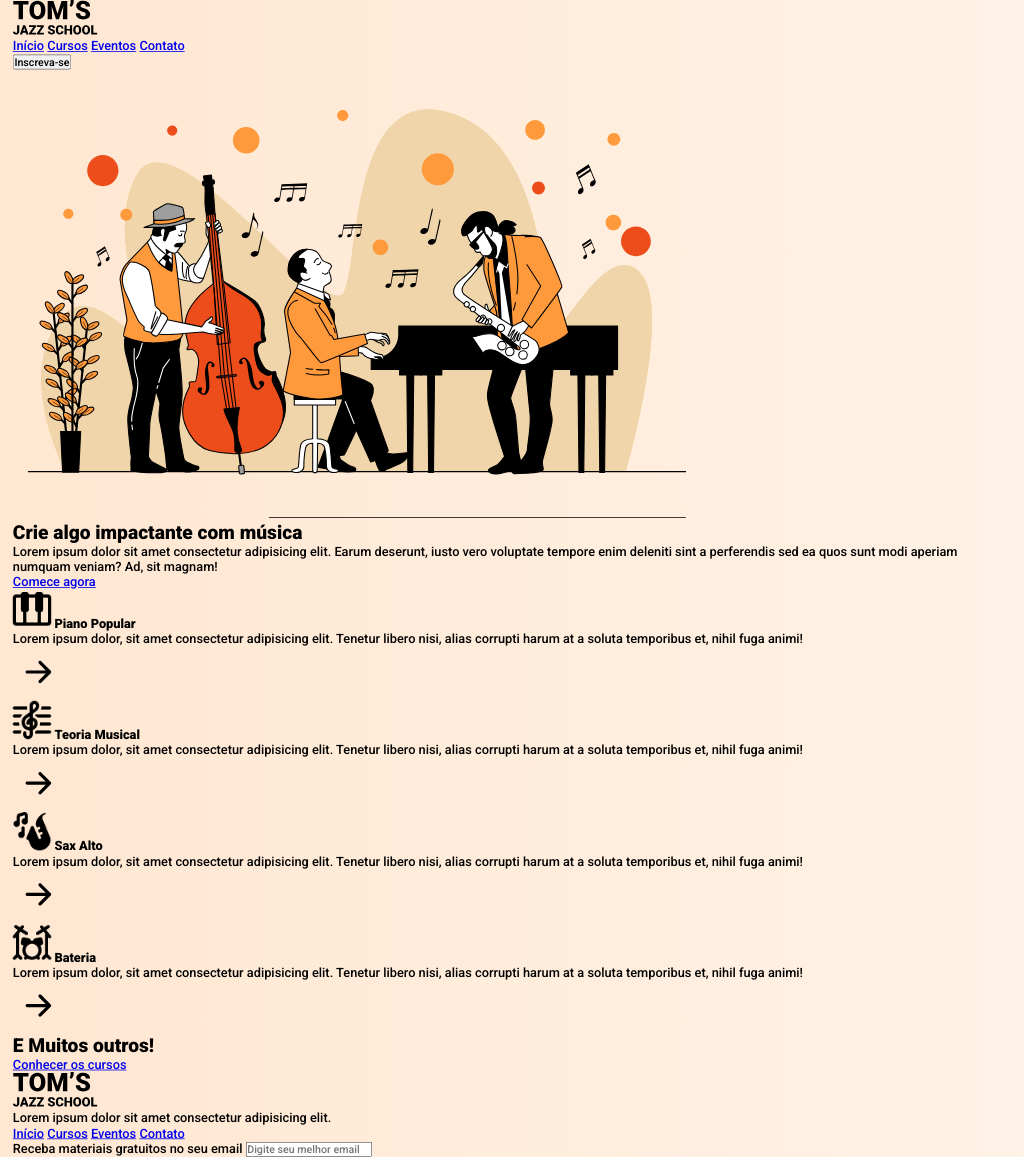
Repository: tenoriodasilva31/OBC-Music-School
Page: index.html
An editor plug-in stored every save of this project. The page is shown before and after the next save, followed by the edit.
The browser window is 1280 px wide. The pictures show the whole page, at 80% of full size.

Above is the page before, as saved 2023-07-05 17:05:02.

After the next save:
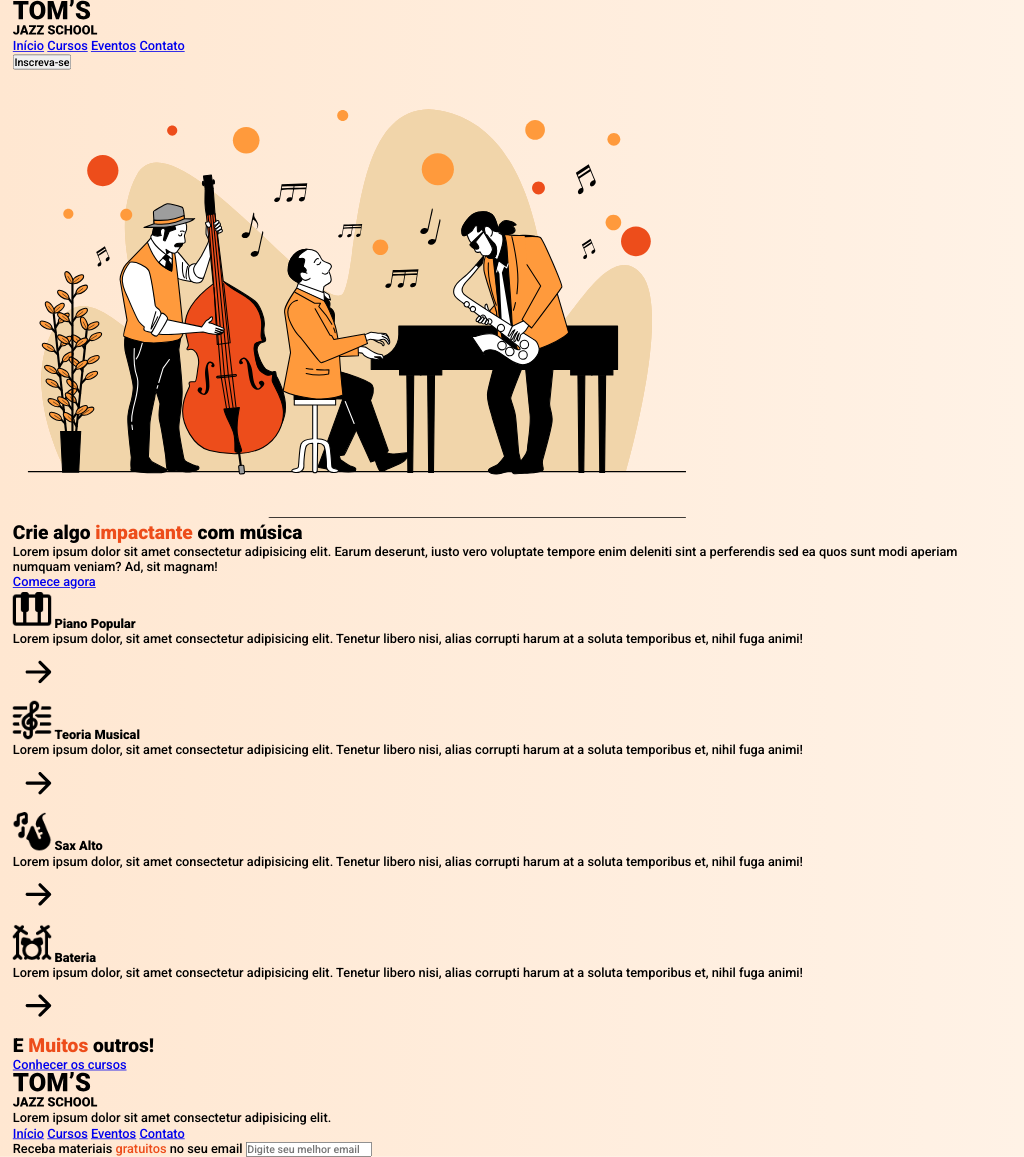
Saved 119 s later.
--- a/index.html
+++ b/index.html
@@ -27,7 +27,7 @@
         <section>
             <img src="/img/hero-img.svg" alt="Banda de jazz se apresentando">
             <div>
-                <h1>Crie algo <span>impactante</span> com música</h1>
+                <h1>Crie algo <span class="text-primary">impactante</span> com música</h1>
                 <p>Lorem ipsum dolor sit amet consectetur adipisicing elit. Earum deserunt, iusto vero voluptate tempore enim deleniti sint a perferendis sed ea quos sunt modi aperiam numquam veniam? Ad, sit magnam!</p>
                 <a href="#" class="button">Comece agora</a>
             </div>
@@ -68,7 +68,7 @@
                 </a>
             </article>
             </div>
-            <h2>E <span>Muitos</span> outros!</h2>
+            <h2>E <span class="text-primary">Muitos</span> outros!</h2>
             <a href="#" class="button">Conhecer os cursos</a>
         </section>
     </main>
@@ -85,7 +85,7 @@
             <a href="#">Contato</a>
         </nav>
         <form>
-            <label for="email">Receba materiais gratuitos no seu email</label>
+            <label for="email">Receba materiais <span class="text-primary">gratuitos</span> no seu email</label>
             <input type="text" name="email" id="email" placeholder="Digite seu melhor email">
         </form>
     </footer>
